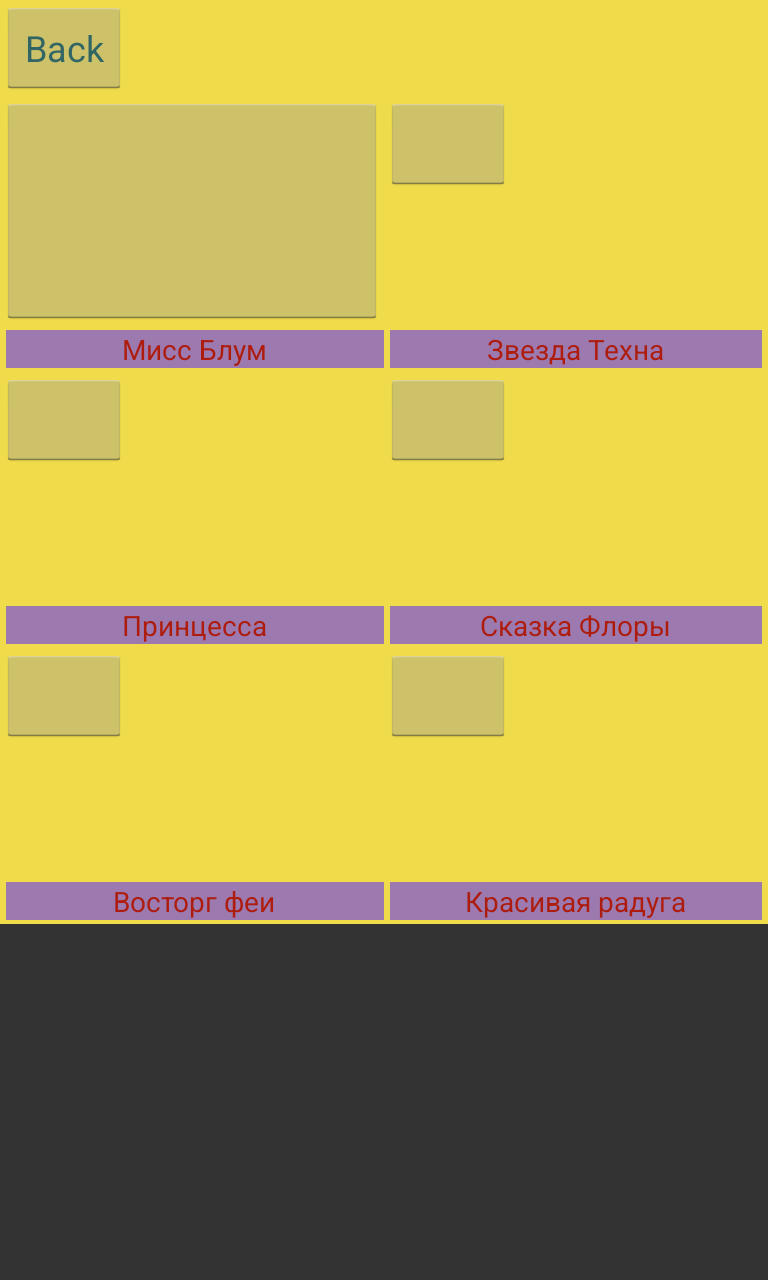
Repository: Skyremix/Winx
Layout: Winx/Winx/res/layout/stages.xml
An editor plug-in stored every save of this project. The layout is shown before and after the next save, followed by the edit.
It is drawn on a 768 x 1280 px phone screen (xhdpi) without system bars, with theme AppTheme; the app's code is not run.

Above is the layout before, as saved 2015-05-14 23:42:10.

### Winx/Winx/res/layout/stages.xml
<?xml version="1.0" encoding="utf-8"?>
<LinearLayout xmlns:android="http://schemas.android.com/apk/res/android"
    android:layout_width="match_parent"
    android:layout_height="match_parent"
    android:orientation="vertical"
    android:background="#F0DC4B">

    <LinearLayout
        android:layout_width="match_parent"
        android:layout_height="wrap_content" >

        <LinearLayout
            android:layout_width="match_parent"
            android:layout_height="match_parent"
            android:layout_weight="1" >

            <Button
                android:id="@+id/btnback"
                android:layout_width="wrap_content"
                android:layout_height="wrap_content"
                android:layout_gravity="center_horizontal"
                android:text="Back"
                android:textColor="#316664"/>

        </LinearLayout>

        <LinearLayout
            android:layout_width="match_parent"
            android:layout_height="match_parent"
            android:layout_weight="1">


        </LinearLayout>

    </LinearLayout>

    <LinearLayout
        android:layout_width="match_parent"
        android:layout_height="115dp">

        <LinearLayout
            android:layout_width="match_parent"
            android:layout_height="match_parent"
            android:layout_weight="1" >

            <Button
                android:id="@+id/imageView1"
                android:layout_width="match_parent"
                android:layout_height="match_parent"
                android:layout_gravity="center_horizontal"
                android:src="@drawable/buttons"/>

        </LinearLayout>

        <LinearLayout
            android:layout_width="match_parent"
            android:layout_height="match_parent"
            android:layout_weight="1">

            <Button
                android:id="@+id/imageView2"
                android:layout_width="wrap_content"
                android:layout_height="wrap_content"
                android:src="@drawable/buttons" />

        </LinearLayout>

    </LinearLayout>

  <LinearLayout
	        android:layout_width="match_parent"
	        android:layout_height="wrap_content"
	        android:background="#F0DC4B" >

	                 <LinearLayout
            android:layout_width="match_parent"
            android:layout_height="match_parent"
            android:layout_weight="1.00"
            android:background="#9C79AE"
            android:gravity="center_horizontal"
            android:layout_marginTop="2dp"
            android:layout_marginLeft="3dp"
            android:layout_marginBottom="2dp">

            <TextView
                android:id="@+id/textView116"
                android:layout_width="wrap_content"
                android:layout_height="wrap_content"
                android:text="Мисс Блум"
                android:textColor="#AE1C0D"/>

        </LinearLayout>

         <LinearLayout
            android:layout_width="match_parent"
            android:layout_height="match_parent"
            android:layout_weight="1.00"
            android:background="#9C79AE"
            android:gravity="center_horizontal"
            android:layout_marginTop="2dp"
            android:layout_marginLeft="3dp"
            android:layout_marginBottom="2dp"
            android:layout_marginRight="3dp">

            <TextView
                android:id="@+id/textView1565"
                android:layout_width="wrap_content"
                android:layout_height="wrap_content"
                android:text="Звезда Техна"
                android:textColor="#AE1C0D"/>

        </LinearLayout>

    </LinearLayout>

    <LinearLayout
        android:layout_width="match_parent"
        android:layout_height="115dp" >

        <LinearLayout
            android:layout_width="match_parent"
            android:layout_height="match_parent"
            android:layout_weight="1" >

            <Button
                android:id="@+id/imageView3"
                android:layout_width="wrap_content"
                android:layout_height="wrap_content"
                android:src="@drawable/buttons" />

        </LinearLayout>

        <LinearLayout
            android:layout_width="match_parent"
            android:layout_height="match_parent"
            android:layout_weight="1" >

            <Button
                android:id="@+id/imageView4"
                android:layout_width="wrap_content"
                android:layout_height="wrap_content"
                android:src="@drawable/buttons" />


        </LinearLayout>

    </LinearLayout>

	   <LinearLayout
	        android:layout_width="match_parent"
	        android:layout_height="wrap_content"
	        android:background="#F0DC4B" >

	                 <LinearLayout
            android:layout_width="match_parent"
            android:layout_height="match_parent"
            android:layout_weight="1.00"
            android:background="#9C79AE"
            android:gravity="center_horizontal"
            android:layout_marginTop="2dp"
            android:layout_marginLeft="3dp"
            android:layout_marginBottom="2dp">

            <TextView
                android:id="@+id/textView11776"
                android:layout_width="wrap_content"
                android:layout_height="wrap_content"
                android:text="Принцесса"
                android:textColor="#AE1C0D"/>

        </LinearLayout>

         <LinearLayout
            android:layout_width="match_parent"
            android:layout_height="match_parent"
            android:layout_weight="1.00"
            android:background="#9C79AE"
            android:gravity="center_horizontal"
            android:layout_marginTop="2dp"
            android:layout_marginLeft="3dp"
            android:layout_marginBottom="2dp"
            android:layout_marginRight="3dp">

            <TextView
                android:id="@+id/textView115565"
                android:layout_width="wrap_content"
                android:layout_height="wrap_content"
                android:text="Сказка Флоры"
                android:textColor="#AE1C0D"/>

        </LinearLayout>
    </LinearLayout>

    <LinearLayout
        android:layout_width="match_parent"
        android:layout_height="115dp" >

        <LinearLayout
            android:layout_width="match_parent"
            android:layout_height="match_parent"
            android:layout_weight="1">

            <Button
                android:id="@+id/imageView5"
                android:layout_width="wrap_content"
                android:layout_height="wrap_content"
                android:src="@drawable/buttons" />

        </LinearLayout>

        <LinearLayout
            android:layout_width="match_parent"
            android:layout_height="match_parent"
            android:layout_weight="1" >

            <Button
                android:id="@+id/imageView6"
                android:layout_width="wrap_content"
                android:layout_height="wrap_content"
                android:src="@drawable/buttons" />

        </LinearLayout>

    </LinearLayout>

	    <LinearLayout
	        android:layout_width="match_parent"
	        android:layout_height="wrap_content"
	        android:background="#F0DC4B" >

	                 <LinearLayout
            android:layout_width="match_parent"
            android:layout_height="match_parent"
            android:layout_weight="1.00"
            android:background="#9C79AE"
            android:gravity="center_horizontal"
            android:layout_marginTop="2dp"
            android:layout_marginLeft="3dp"
            android:layout_marginBottom="2dp">

            <TextView
                android:id="@+id/textView119966"
                android:layout_width="wrap_content"
                android:layout_height="wrap_content"
                android:text="Восторг феи"
                android:textColor="#AE1C0D"/>

        </LinearLayout>

         <LinearLayout
            android:layout_width="match_parent"
            android:layout_height="match_parent"
            android:layout_weight="1.00"
            android:background="#9C79AE"
            android:gravity="center_horizontal"
            android:layout_marginTop="2dp"
            android:layout_marginLeft="3dp"
            android:layout_marginBottom="2dp"
            android:layout_marginRight="3dp">

            <TextView
                android:id="@+id/textView1584865"
                android:layout_width="wrap_content"
                android:layout_height="wrap_content"
                android:text="Красивая радуга"
                android:textColor="#AE1C0D"/>

        </LinearLayout>
    </LinearLayout>
        <LinearLayout
        android:layout_width="match_parent"
        android:layout_height="wrap_content"
        android:layout_weight="0.02"
        android:background="#333333" >
    </LinearLayout>
</LinearLayout>

Loaded but not shown: Winx/Winx/res/values/styles.xml (common file); Winx/Winx/res/values-v11/styles.xml (common file); Winx/Winx/res/values-v14/styles.xml (common file)

After the next save:
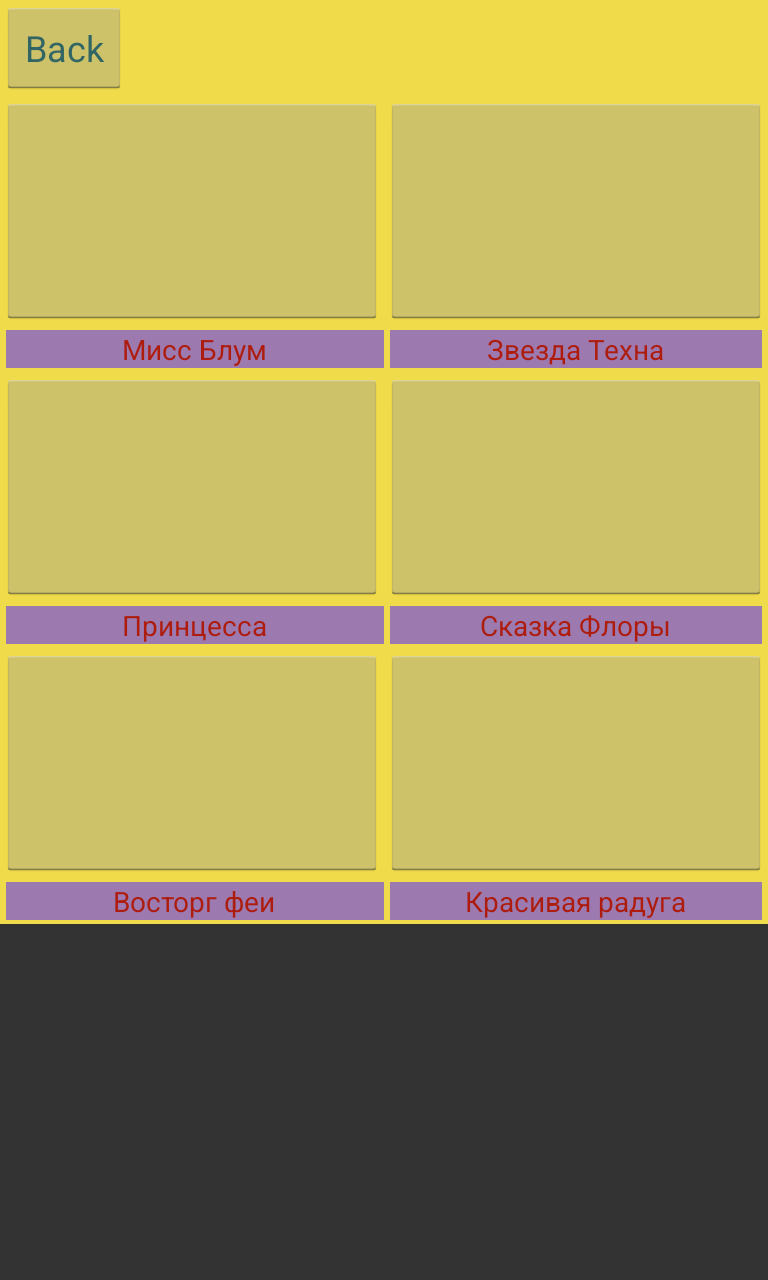
Saved 40 s later.
--- a/Winx/Winx/res/layout/stages.xml
+++ b/Winx/Winx/res/layout/stages.xml
@@ -59,8 +59,8 @@
 
             <Button
                 android:id="@+id/imageView2"
-                android:layout_width="wrap_content"
-                android:layout_height="wrap_content"
+                android:layout_width="match_parent"
+                android:layout_height="match_parent"
                 android:src="@drawable/buttons" />
 
         </LinearLayout>
@@ -124,8 +124,8 @@
 
             <Button
                 android:id="@+id/imageView3"
-                android:layout_width="wrap_content"
-                android:layout_height="wrap_content"
+                android:layout_width="match_parent"
+                android:layout_height="match_parent"
                 android:src="@drawable/buttons" />
 
         </LinearLayout>
@@ -137,8 +137,8 @@
 
             <Button
                 android:id="@+id/imageView4"
-                android:layout_width="wrap_content"
-                android:layout_height="wrap_content"
+                android:layout_width="match_parent"
+                android:layout_height="match_parent"
                 android:src="@drawable/buttons" />
 
 
@@ -202,8 +202,8 @@
 
             <Button
                 android:id="@+id/imageView5"
-                android:layout_width="wrap_content"
-                android:layout_height="wrap_content"
+                android:layout_width="match_parent"
+                android:layout_height="match_parent"
                 android:src="@drawable/buttons" />
 
         </LinearLayout>
@@ -215,8 +215,8 @@
 
             <Button
                 android:id="@+id/imageView6"
-                android:layout_width="wrap_content"
-                android:layout_height="wrap_content"
+                android:layout_width="match_parent"
+                android:layout_height="match_parent"
                 android:src="@drawable/buttons" />
 
         </LinearLayout>
